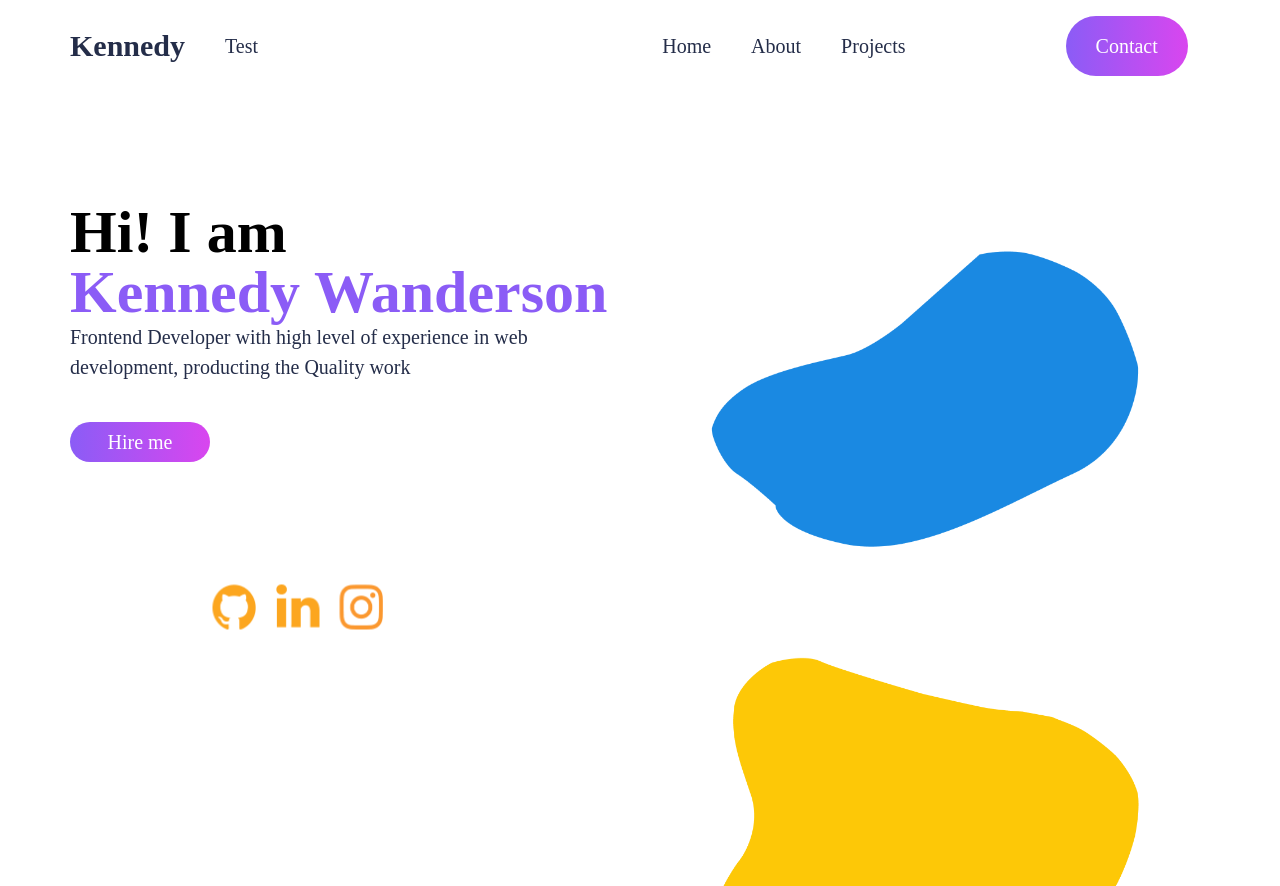
Repository: KennedyWanderson/portfolio
Page: /
These files come from the project's save history. The page is drawn as it stood at one moment and after a run of saves; the edit follows.
The browser window is 1280 px wide. The pictures show the whole page.
Some web fonts or font styles are not loaded; a fallback is used. The project was rebuilt for these pictures with package versions that can differ from the ones it lists, and the page was loaded fresh each time.

Above is the page before, as saved 2024-01-17 11:41:27.

After the next 2 saves:
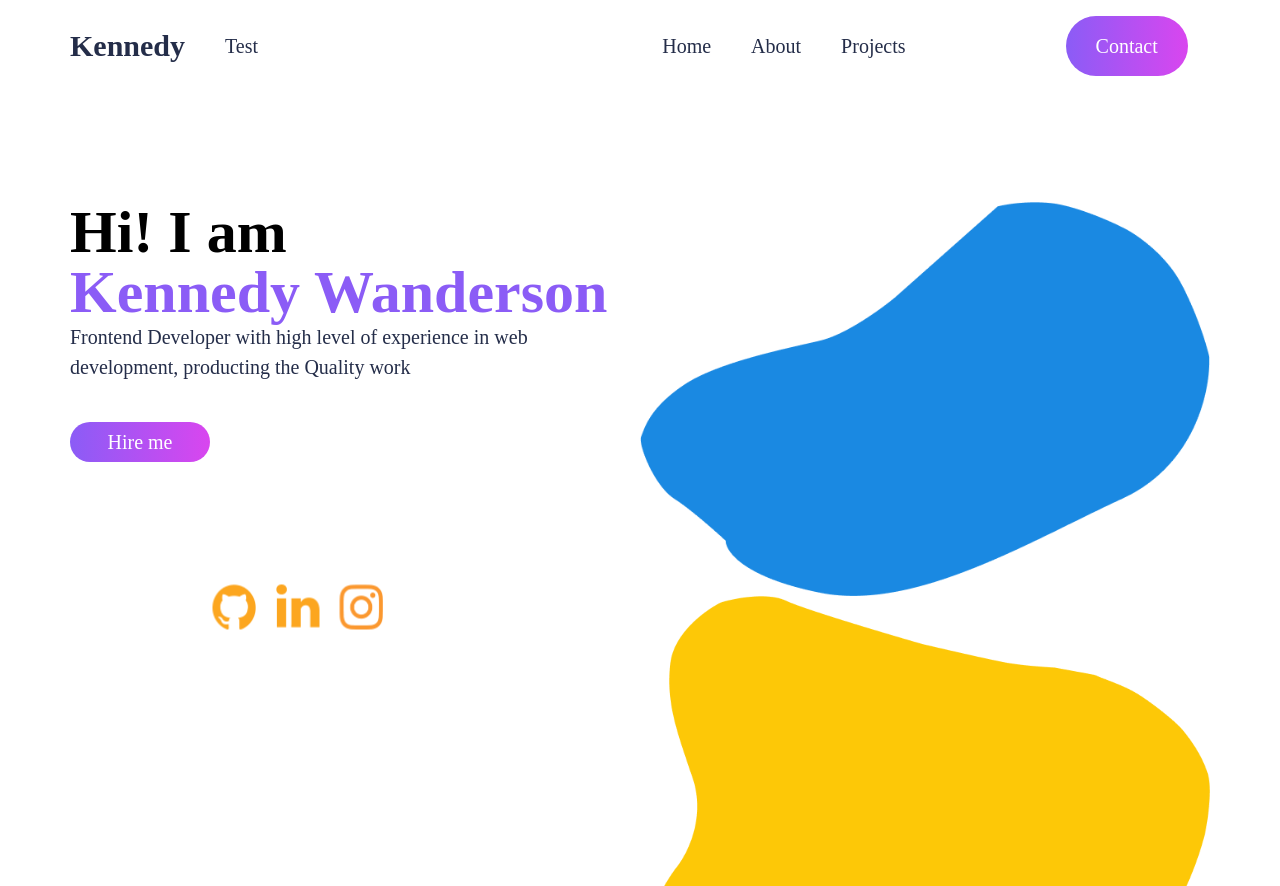
The 2 saves are shown as one change because they came seconds apart.
The last was saved 6 s later.
--- a/src/Components/About/About.jsx
+++ b/src/Components/About/About.jsx
@@ -33,13 +33,12 @@ const About = () => {
                 </div>
             </div>
             <div className="flex-1 relative">
-                <div className="z-[1] absolute">
-                    <img className="scale-75 left-15 z-[1]" src={Vector1} alt="" />
-                    <img className="scale-75 top-neg-4.6rem left-neg-3 z-[1]" src={Vector2} alt="" />
-                    <img className="scale-145 left-28 z-[1]" src={Profile} alt="" />
+                <div className="z-1 absolute ">
+                    <img className="scale-145 " src={Vector1} alt="" />
+                    <img className="scale-145 top-neg-4.6rem" src={Vector2} alt="" />
+                    <img className="scale-145 left-28" src={Profile} alt="" />
                 </div>
             </div>
-
         </div>
     )
 }
